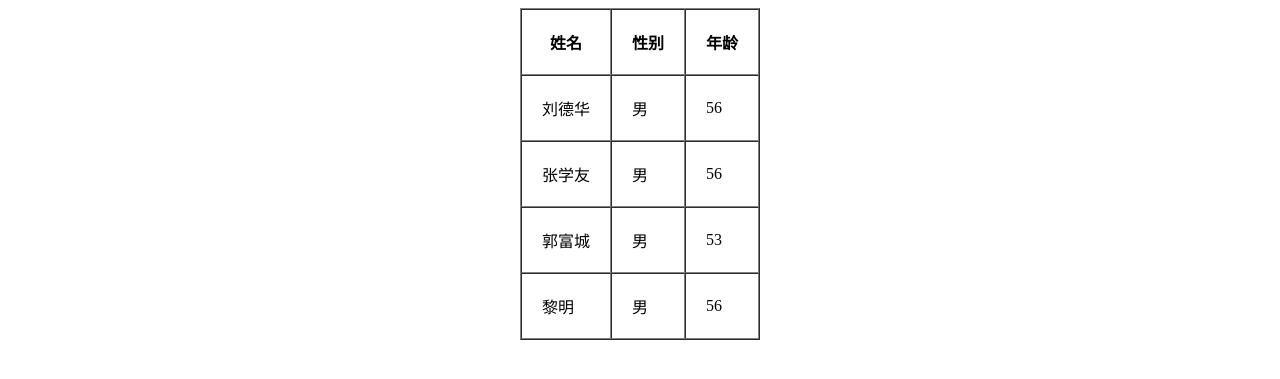
Repository: 129021/Front-end-learning
Page: 第2天/03-表头单元格标签.html
An editor plug-in stored every save of this project. The page is shown before and after the next save, followed by the edit.
The browser window is 1280 px wide. The pictures show the whole page.

Above is the page before, as saved 2021-10-15 19:24:51.

### 第2天/03-表头单元格标签.html
<!DOCTYPE html>
<html lang="en">

<head>
    <meta charset="UTF-8">
    <meta http-equiv="X-UA-Compatible" content="IE=edge">
    <meta name="viewport" content="width=device-width, initial-scale=1.0">
    <title>Document</title>
</head>

<body>
    <!-- 这些属性要写到表格标签table里面去 -->
    <table align="center" border="1" cellpadding="20" cellspacing="0">
        <tr>
            <th>姓名</th>
            <th>性别</th>
            <th>年龄</th>
        </tr>
        <tr>
            <td>刘德华</td>
            <td>男</td>
            <td>56</td>
        </tr>
        <tr>
            <td>张学友</td>
            <td>男</td>
            <td>56</td>
        </tr>
        <tr>
            <td>郭富城</td>
            <td>男</td>
            <td>53</td>
        </tr>
        <tr>
            <td>黎明</td>
            <td>男</td>
            <td>56</td>
        </tr>
    </table>
</body>

</html>

After the next save:
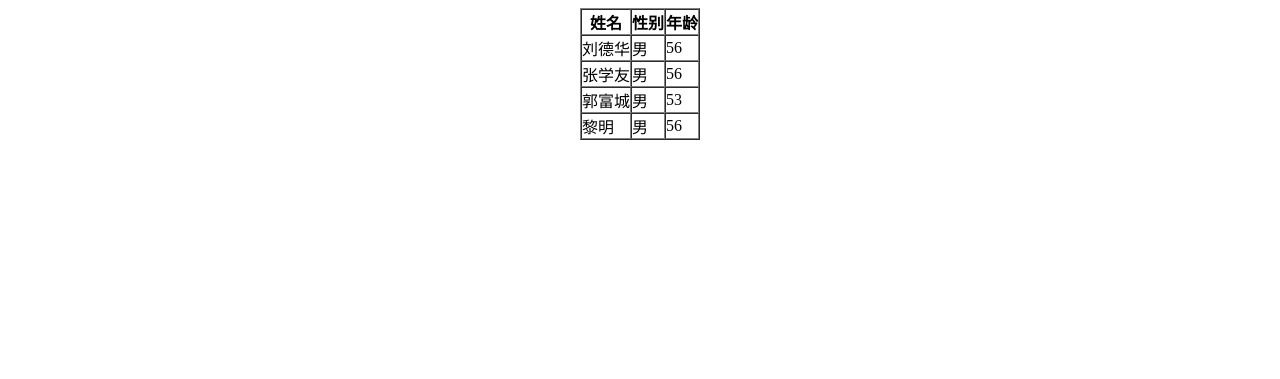
Saved 46 s later.
--- a/第2天/03-表头单元格标签.html
+++ b/第2天/03-表头单元格标签.html
@@ -10,7 +10,7 @@
 
 <body>
     <!-- 这些属性要写到表格标签table里面去 -->
-    <table align="center" border="1" cellpadding="20" cellspacing="0">
+    <table align="center" border="1" cellpadding="0" cellspacing="0">
         <tr>
             <th>姓名</th>
             <th>性别</th>
